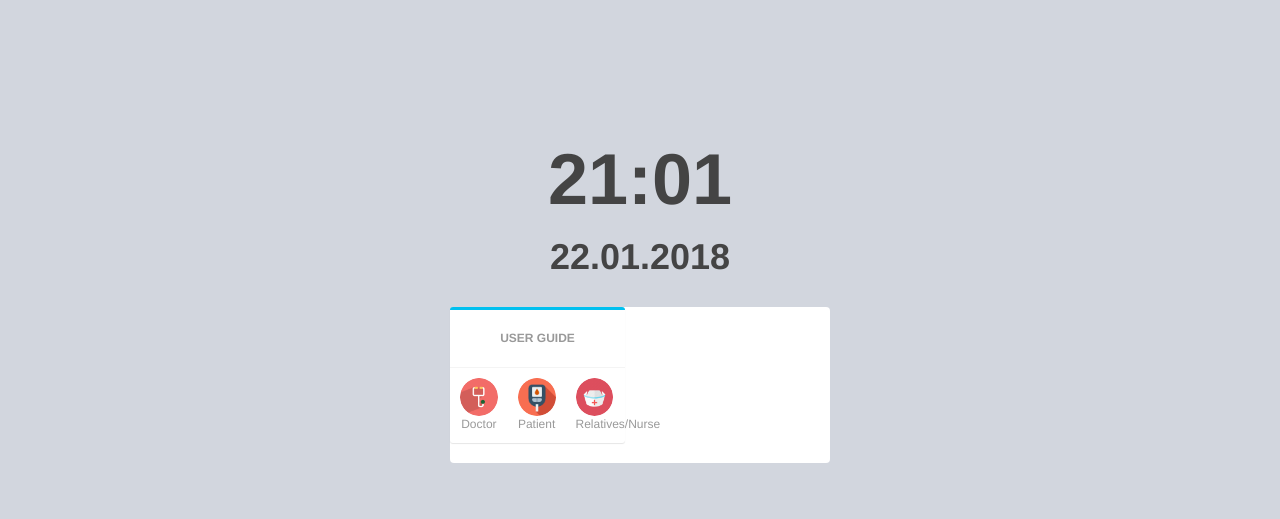
Repository: jaymitdp/AIGP_Main
Page: http://localhost/AIGP/pumpLayout/views/lockScreen.jsp
An editor plug-in stored every save of this project. The page is shown before and after the next save, followed by the edit.
The browser window is 1280 px wide. The pictures show the whole page.
Some web fonts or font styles are not loaded; a fallback is used. The page is served by Tomcat 9.

Above is the page before, as saved 2018-01-28 16:48:02.

After the next save:
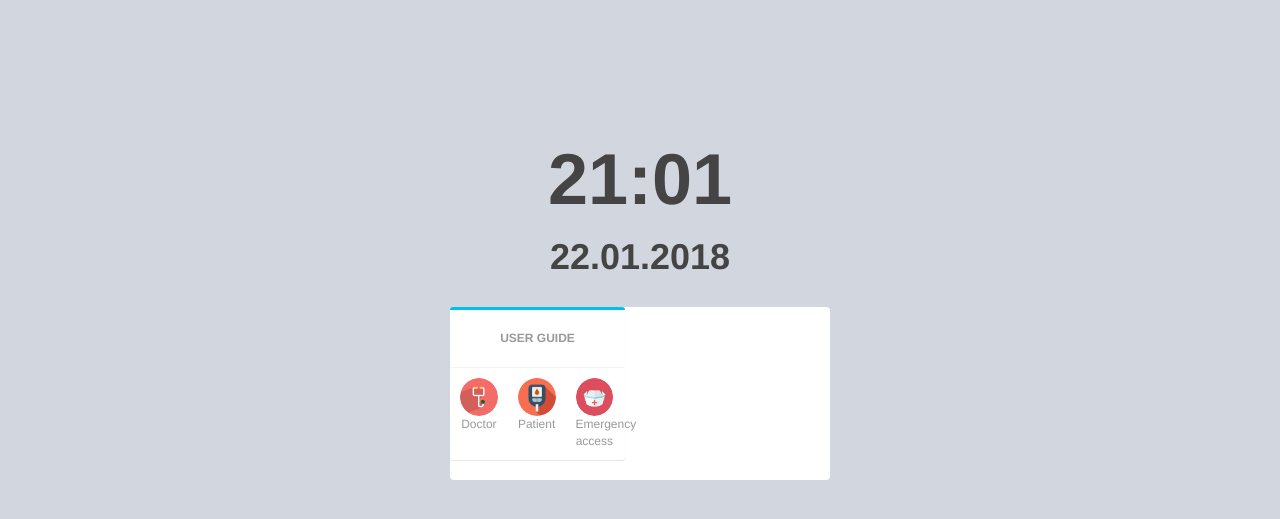
Saved 2 h 40 min later.
--- a/Project/AIGP/WebContent/pumpLayout/views/lockScreen.jsp
+++ b/Project/AIGP/WebContent/pumpLayout/views/lockScreen.jsp
@@ -57,7 +57,7 @@
                           <a class="users-list-name" href="${pageContext.request.contextPath}/emergencyAccess">
                           <img src="${pageContext.request.contextPath}/pumpLayout/dist/img/Nurse.png" alt="User Image"/>
                           </a>
-                          <span class="users-list-date">Relatives/Nurse</span>
+                          <span class="users-list-date">Emergency access</span>
                         </li>
                       </ul><!-- /.users-list -->
                     </div><!-- /.box-body -->
